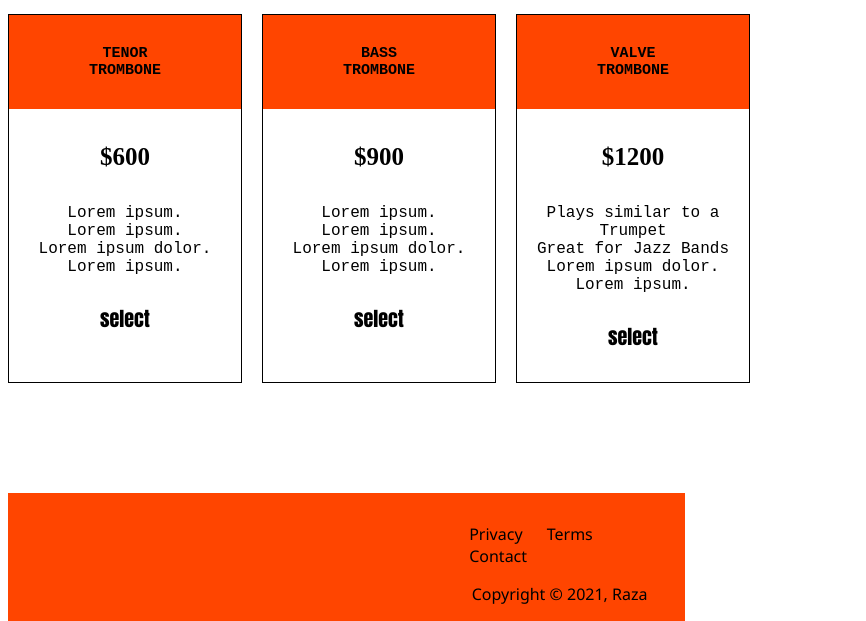
Repository: AbdulWahabRaza123/DeliveryWebPage
Page: index.html
These files come from the project's save history. The page is drawn as it stood at one moment and after the next save; the edit follows.
The browser window is 768 px wide. The page is 866 px wide, so the pictures cover 866 px, including what lies to the right of the window. The pictures show the part of the page from y = 1329 to 1950 px (the page is 1950 px tall).

Above is the page before, as saved 2021-09-12 20:58:42.

After the next save:
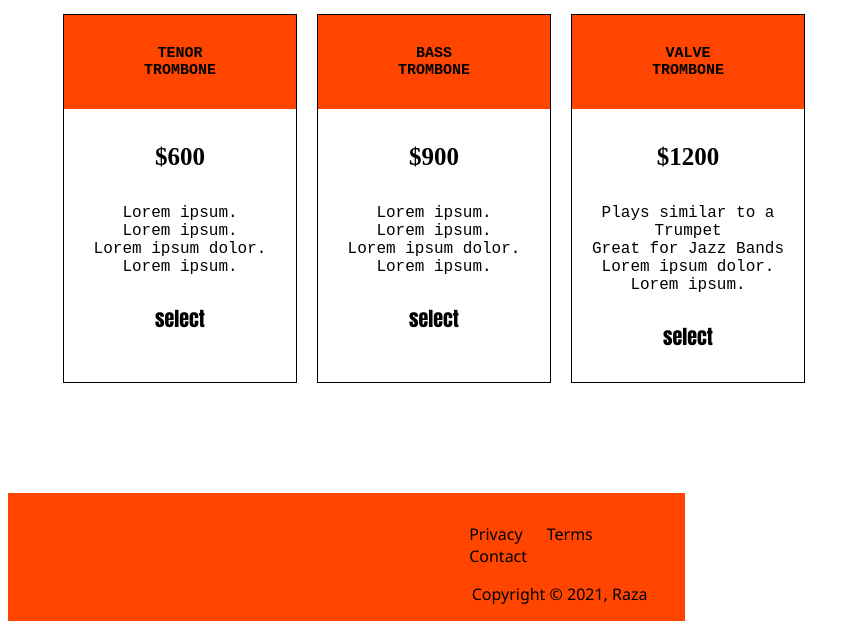
Saved 43 s later.
--- a/new.css
+++ b/new.css
@@ -242,7 +242,7 @@
         margin-top: 30px;
     }
     .prices {
-        float: right;
         padding: -400px;
-    }
-}
+        margin-left: 100px;
+    }
+}
